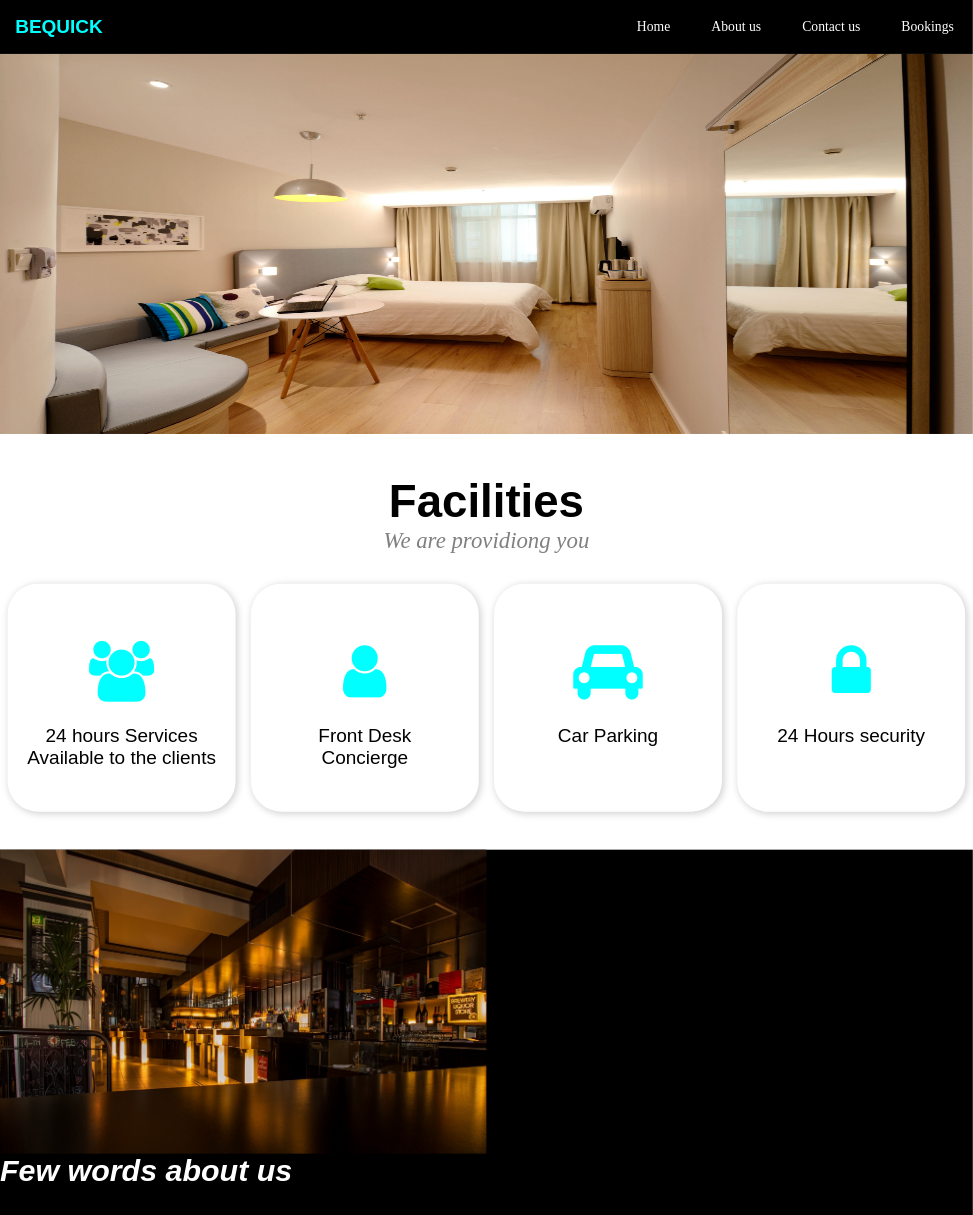
Repository: Ayushi6Sharma/BEQUICK_Hotel_Booking_Web
Page: index.html
These files come from the project's save history. The page is drawn as it stood at one moment and after the next save; the edit follows.
The browser window is 1280 px wide. The pictures show the whole page, at 76% of full size.

Above is the page before, as saved 2022-05-09 01:50:14.

### index.html
<!DOCTYPE html>
<html lang="en">
<head>
    <meta charset="UTF-8">
    <meta http-equiv="X-UA-Compatible" content="IE=edge">
    <meta name="viewport" content="width=device-width, initial-scale=1.0">
    <link rel="stylesheet" href="style.css">
    <!-- <link rel="stylesheet" href="https://cdn.jsdelivr.net/npm/@fortawesome/fontawesome-free@5.15.4/css/fontawesome.min.css" integrity="sha384-jLKHWM3JRmfMU0A5x5AkjWkw/EYfGUAGagvnfryNV3F9VqM98XiIH7VBGVoxVSc7" crossorigin="anonymous"> -->
    <!-- <link href="https://cdnjs.cloudflare.com/ajax/libs/font-awesome/5.13.0/css/all.min.css" rel="stylesheet"> -->
    <link rel="stylesheet" href="https://stackpath.bootstrapcdn.com/font-awesome/4.7.0/css/font-awesome.min.css" integrity="sha384-wvfXpqpZZVQGK6TAh5PVlGOfQNHSoD2xbE+QkPxCAFlNEevoEH3Sl0sibVcOQVnN" crossorigin="anonymous">

</head>
    <title>Document</title>
</head>
<body>
    <main>
        <nav class="nav">

            <ul class="nav-list">
                <span class="logo">BEQUICK</span>
                <li><a href="#">Home</a></li>
                <li><a href="#">About us</a></li>
                <li><a href="#">Contact us</a></li>
                <li><a href="#">Bookings</a></li>
            </ul>
        </nav>
        <section>
            <div class="hotel-main-image">
                <!-- <div class="bookings-btn">Bookings</div> -->
                <img src="./images/hotel-img-2.jpg" class="hotel-img-2">
            </div>
        </section>
        <!-- section 2  -->
        <section>
            <div class="section2-facilities">
               <div class="main-facilities">Facilities</div>
                <div class="main-facilities-lower">We are providiong you </div>
            </div>
            <div class="flex1-container1">
                <div class="flex1-item1">
                    <div class="facilities">
                        <i class="fa fa-users fa-5x"></i>
                        <div class="facilities-content">
                            24 hours Services Available to the clients
                        </div>
                    </div>
                </div>
                <div class="flex1-item2">
                    <div class="facilities">
                        <i class="fa fa-user fa-5x"></i>
                        <div class="facilities-content">
                            Front Desk
                            <br/>Concierge
                        </div>
                    </div>
                </div>
                <div class="flex1-item3">
                    <div class="facilities">
                        <i class="fa fa-car fa-5x"></i>
                        <div class="facilities-content">
                            Car Parking
                        </div>
                    </div>
                </div>
                <div class="flex1-item4">
                    <div class="facilities">
                        <i class="fa fa-lock fa-5x"></i>
                        <div class="facilities-content">
                            24 Hours security
                        </div>
                    </div>
                </div>
            </div>
        </section>
        <!-- section 3 -->
        <section>
            <div class="about">
                <img src="./images/hotel-img-3.jpg" class="about-image">
                <div class="about-content">
                    <div class="about-content-1">
                        Few words about us
                    </div>
                    <div class="about-content-2">
                        Lorem ipsum dolor sit, amet consectetur adipisicing elit. Corrupti expedita eveniet, amet nesciunt sint voluptatum, cupiditate ab eum perspiciatis nisi quisquam. Maiores fugiat dignissimos sequi obcaecati quis corrupti animi rem.
                    </div>
                </div>
            </div>
        </section>
    </main>
</body>
</html>

### style.css
*
{
    padding: 0px;
    margin: 0px;
    box-sizing: border-box;
}
/* nav */
.nav
{
    background-color: black;
}
.nav-list
{
    list-style-type:none;
    width: 100%;
    text-align: end;
}
.nav-list > li
{
    display: inline-block;
    padding: 25px;
    font-size: 18px;
}
.nav-list li a
{
    text-decoration: none;
    color:white;
}
.nav-list li a:hover
{
    color: aquamarine;
}
.logo
{
    padding: 20px;
    color:aqua;
    float: left;
    font-size: 25px;
    font-weight: bolder;
    font-family: sans-serif;
}
/* section 1 */
/* main image */
.hotel-img-2
{
    width: 100%;
    height:500px;
}
hotel-main-image
{
    position: relative;
}
/* .bookings-btn
{
    width:250px;
    height: 60px;
    background-color: black;
    color:white;
    border-radius: 40px;
    text-align: center;
    padding-top: 15px;
    font-size:25px;
    font-family: sans-serif;
    position: absolute;
} */

/* section 2 */
.flex1-container1
{
    display: flex;
    flex-direction: row;
    flex-wrap: wrap;
    margin-top: 40px;
    justify-content: space-around;
    align-content:space-around;
}
/* Facilities */
.section2-facilities
{
    text-align: center;
    margin-top:50px;
}
.main-facilities
{
    font-size: 60px;
    font-weight: bold;
    font-family: sans-serif;
}
.main-facilities-lower
{
    font-size: 30px;
    font-style: italic;
    color:grey;
}
.facilities
{
    width:300px;
    height:300px;
    text-align:center;
    border-radius: 40px;
    box-shadow: 2px 2px 10px 1px lightgrey;
}
.fa
{
    color:aqua;
    margin-top:25%;
}
.facilities-content
{   margin-top: 30px;
    font-size: 25px;
    font-family:sans-serif;
}
/* section 3 */
.about{
    margin-top: 50px;
    display: flex;
    flex-wrap: wrap;
    background-color:black;
}
.about-image
{
    width:50%;
    height:400px;
}
.about-content-1
{
    font-size: 40px;
    font-weight: bold;
    font-family: sans-serif;
    margin: auto;
    color: white;
    font-style: italic;
}

After the next save:
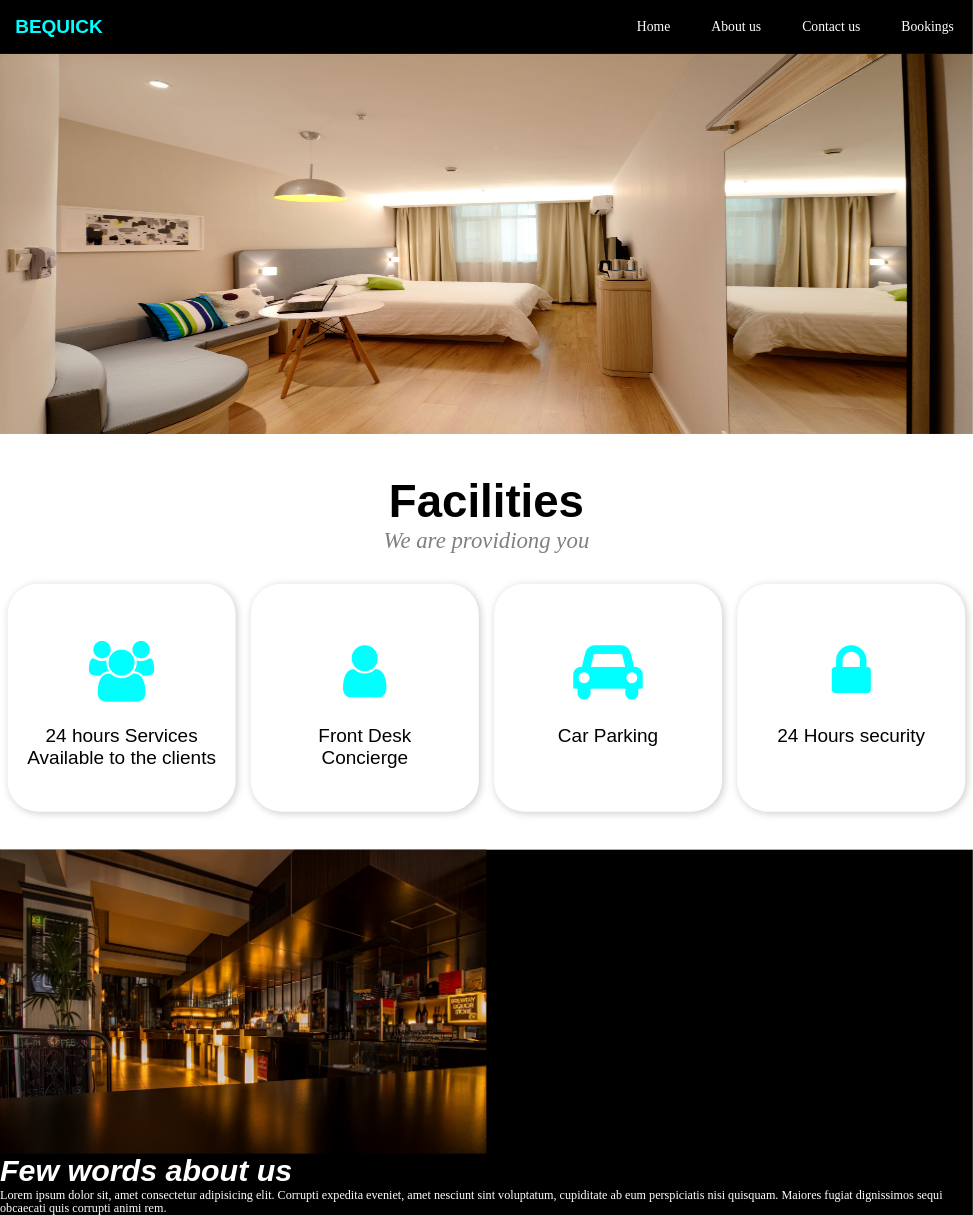
Saved 32 s later.
--- a/style.css
+++ b/style.css
@@ -131,3 +131,7 @@ hotel-main-image
     color: white;
     font-style: italic;
 }
+.about-content-2
+{
+    color:white;
+}

After the 2 saves that followed:
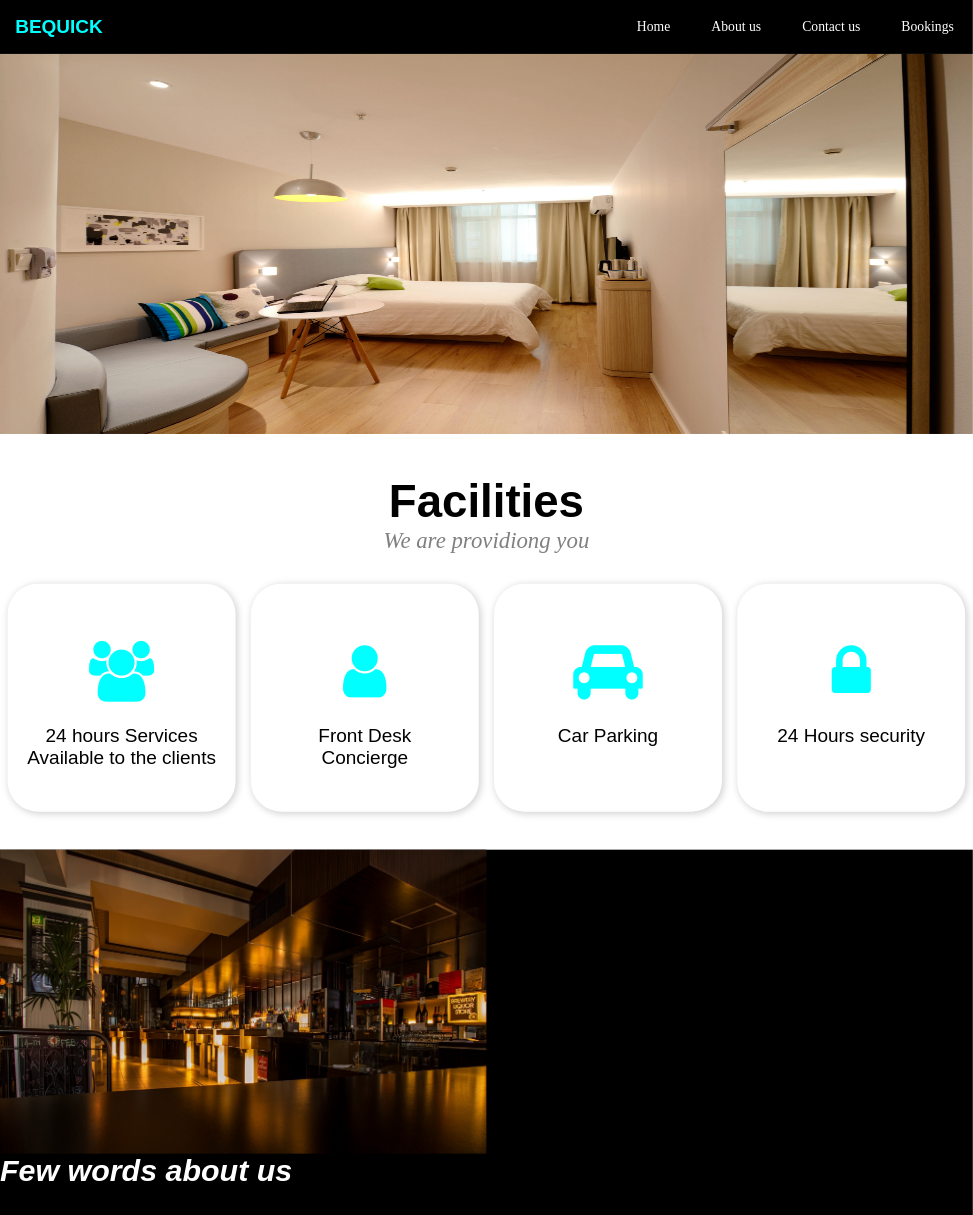
The 2 saves are shown as one change because 1 left the picture as it was.
The last was saved 23 s later.
--- a/style.css
+++ b/style.css
@@ -131,7 +131,8 @@ hotel-main-image
     color: white;
     font-style: italic;
 }
-.about-content-2
+/* .about-content-2 */
 {
     color:white;
+    word-wrap: break-word;
 }
